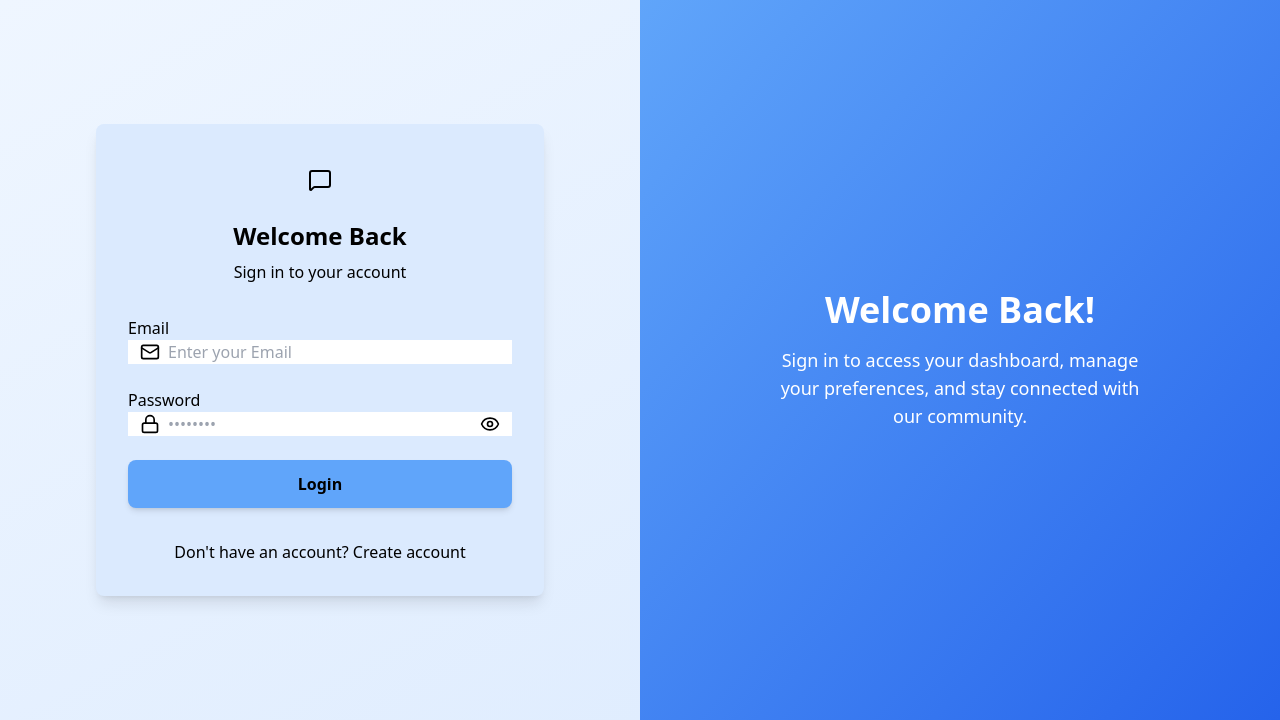
Repository: Subhashree-Nayak507/Test
Page: /login (app in client/)
An editor plug-in stored every save of this project. The page is shown before and after the next save, followed by the edit.
The browser window is 1280 px wide. The pictures show the whole page.
The project was rebuilt for these pictures with package versions that can differ from the ones it lists, and the page was loaded fresh each time. Also part of the build but not shown: client/vite.config.js, client/src/pages/FormPage.jsx, client/src/pages/SignupPage.jsx.

Above is the page before, as saved 2025-01-06 09:07:52.

### client/src/main.jsx
import React from 'react'
import ReactDOM from 'react-dom/client'
import App from './App.jsx'
import './index.css'
import { Provider } from 'react-redux';
import { BrowserRouter } from 'react-router-dom'
import store from './store/store.js';

ReactDOM.createRoot(document.getElementById('root')).render(
    <Provider store={store}>
       <BrowserRouter>
          <App />
        </BrowserRouter>
    </Provider>

)

### client/src/App.jsx
import { Route, Routes } from 'react-router-dom';
import FormPage from './pages/FormPage';
import SignUpPage from './pages/SignupPage';
import LoginPage from './pages/LoginPage';

const App = () =>{
    return (
        < >
         <Routes >
           <Route path="/" element={<SignUpPage />} />
           <Route path="/login" element={<LoginPage />} />
            <Route path="/formPage" element={<FormPage />} />
         </Routes>
        </>

      )

}
export default App;

### client/src/store/store.js
import { configureStore } from '@reduxjs/toolkit';
import formReducer from './FormSlice/FormSlice';

const store = configureStore({
  reducer: {
    form: formReducer,
  },
});

export default store;

### client/src/pages/LoginPage.jsx
import { useState } from "react";
import { Link } from "react-router-dom";
import { Eye, EyeOff, Loader2, Lock, Mail, MessageSquare } from "lucide-react";

const LoginPage = () => {
  const [showPassword, setShowPassword] = useState(false);
  const [email, setEmail] = useState("");
  const [password, setPassword] = useState("");
  const [isLoggingIn, setIsLoggingIn] = useState(false);

  const handleSubmit = async (e) => {
    e.preventDefault();
    setIsLoggingIn(true);

    // Simulate login delay (remove this in actual implementation)
    setTimeout(() => {
      setIsLoggingIn(false);
      alert("Logged in successfully!"); // Replace with actual login logic
    }, 2000);
  };

  return (
    <div className="h-screen grid lg:grid-cols-2 bg-gradient-to-br from-blue-50 to-blue-100">
      {/* Left Side - Form */}
      <div className="flex flex-col justify-center items-center p-6 sm:p-12">
        <div className="w-full max-w-md space-y-8 bg-blue-100 p-8 shadow-lg rounded-lg">
          {/* Logo */}
          <div className="text-center mb-8">
            <div className="flex flex-col items-center gap-2 group">
              <div
                className="w-12 h-12 rounded-xl bg-primary/10 flex items-center justify-center
                group-hover:bg-primary/20 transition-colors"
              >
                <MessageSquare className="w-6 h-6 text-primary" />
              </div>
              <h1 className="text-2xl font-bold mt-2">Welcome Back</h1>
              <p className="text-base-content/60">Sign in to your account</p>
            </div>
          </div>

          {/* Form */}
          <form onSubmit={handleSubmit} className="space-y-6 ">
            <div className="form-control">
              <label className="label">
                <span className="label-text font-medium">Email</span>
              </label>
              <div className="relative">
                <div className="absolute inset-y-0 left-0 pl-3 flex items-center pointer-events-none">
                  <Mail className="h-5 w-5 text-base-content/40" />
                </div>
                <input
                  type="email"
                  className="input input-bordered w-full pl-10 focus:ring-2 focus:ring-primary focus:outline-none"
                  placeholder="Enter your Email"
                  value={email}
                  onChange={(e) => setEmail(e.target.value)}
                />
              </div>
            </div>

            <div className="form-control">
              <label className="label">
                <span className="label-text font-medium">Password</span>
              </label>
              <div className="relative">
                <div className="absolute inset-y-0 left-0 pl-3 flex items-center pointer-events-none">
                  <Lock className="h-5 w-5 text-base-content/40" />
                </div>
                <input
                  type={showPassword ? "text" : "password"}
                  className="input input-bordered w-full pl-10 focus:ring-2 focus:ring-primary focus:outline-none"
                  placeholder="••••••••"
                  value={password}
                  onChange={(e) => setPassword(e.target.value)}
                />
                <button
                  type="button"
                  className="absolute inset-y-0 right-0 pr-3 flex items-center"
                  onClick={() => setShowPassword(!showPassword)}
                >
                  {showPassword ? (
                    <EyeOff className="h-5 w-5 text-base-content/40" />
                  ) : (
                    <Eye className="h-5 w-5 text-base-content/40" />
                  )}
                </button>
              </div>
            </div>

            <button
              type="submit"
              className={`btn btn-primary w-full flex justify-center bg-blue-400 text-black
               items-center py-3 rounded-lg font-semibold shadow-md transition-all duration-300 hover:bg-primary-focus
                hover:scale-105 active:scale-95 `}>
              Login
            </button>
          </form>

          <div className="text-center">
            <p className="text-base-content/60">
              Don&apos;t have an account?{" "}
              <Link to="/" className="link link-primary text-black">
                Create account
              </Link>
            </p>
          </div>
        </div>
      </div>

      {/* Right Side - Decorative */}
      <div className="hidden lg:flex items-center justify-center bg-gradient-to-br from-blue-400 to-blue-600 text-white">
        <div className="text-center max-w-md p-8">
          <h2 className="text-4xl font-bold mb-4">Welcome Back!</h2>
          <p className="text-lg">
            Sign in to access your dashboard, manage your preferences, and stay
            connected with our community.
          </p>
        </div>
      </div>
    </div>
  );
};

export default LoginPage;

### client/src/store/FormSlice/FormSlice.js
import { createSlice, createAsyncThunk } from '@reduxjs/toolkit';
import axios from 'axios';

// Constants
const API_URL = 'http://localhost:5000/form';

// Initial state
const initialState = {
  formData: {
    name: '',
    email: '',
    file: null,
  },
  status: 'idle',
  error: null,
};

// Async thunk for form submission
export const submitForm = createAsyncThunk(
  'form/submitForm',
  async (formData, { rejectWithValue }) => {
    try {
      const data = new FormData();

      data.append('Name', formData.name);
      data.append('email', formData.email);
      data.append('File', formData.file);

      const response = await axios.post(API_URL, data, {
        headers: { 'Content-Type': 'multipart/form-data' },
      });
      return response.data;
    } catch (error) {
      return rejectWithValue(
        error.response?.data || 'Failed to submit form'
      );
    }
  }
);

const formSlice = createSlice({
  name: 'form',
  initialState,
  reducers: {
    updateForm: (state, action) => {
      state.formData = { ...state.formData, ...action.payload };
    },
    resetForm: (state) => {
      state.formData = initialState.formData;
      state.status = 'idle';
      state.error = null;
    },
  },
  extraReducers: (builder) => {
    builder
      .addCase(submitForm.pending, (state) => {
        state.status = 'loading';
        state.error = null;
      })
      .addCase(submitForm.fulfilled, (state) => {
        state.status = 'succeeded';
        state.formData = initialState.formData;
      })
      .addCase(submitForm.rejected, (state, action) => {
        state.status = 'failed';
        state.error = action.payload;
      });
  },
});

export const { updateForm, resetForm } = formSlice.actions;
export default formSlice.reducer;

Loaded but not shown: client/index.html (common file); client/src/index.css (common file); client/tailwind.config.js (common file)

After the next save:
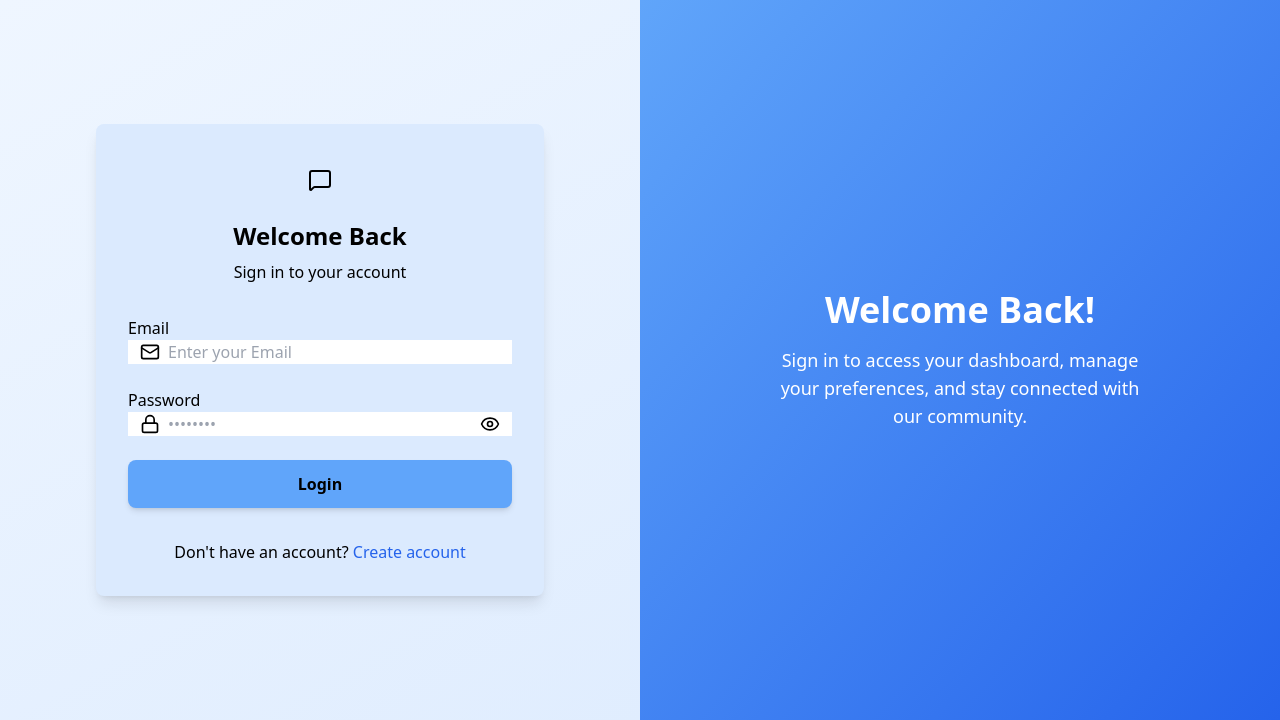
Saved 25 s later.
--- a/client/src/pages/LoginPage.jsx
+++ b/client/src/pages/LoginPage.jsx
@@ -99,7 +99,7 @@ const LoginPage = () => {
           <div className="text-center">
             <p className="text-base-content/60">
               Don&apos;t have an account?{" "}
-              <Link to="/" className="link link-primary text-black">
+              <Link to="/" className="link link-primary text-blue-600">
                 Create account
               </Link>
             </p>
